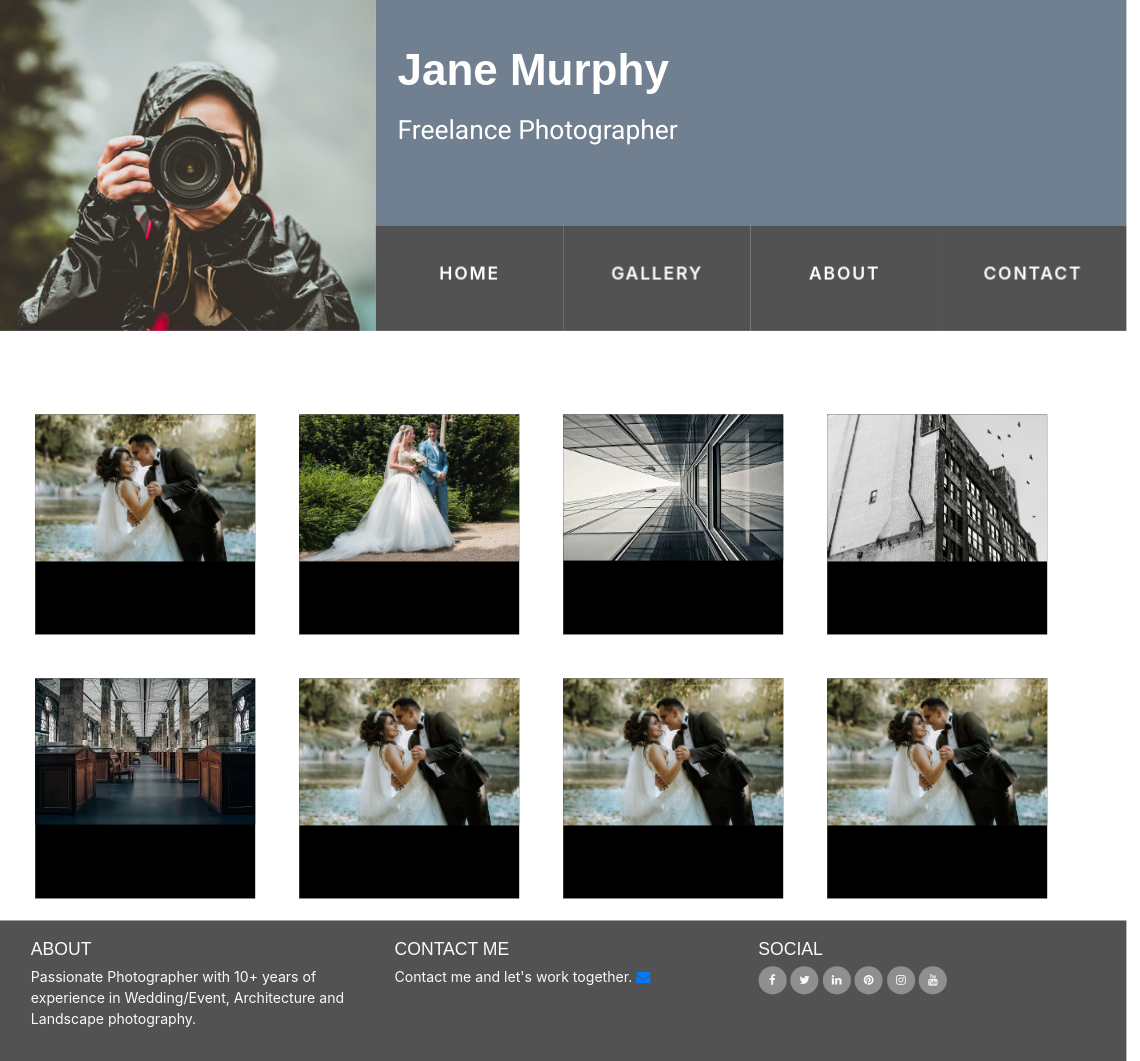
Repository: Code-Institute-Submissions/MrChrisRandall-milestone-1
Page: gallery.html
The author's editor kept a record of every edit. The page is drawn from the files as they stood at one moment, then again after the next edit.
The browser window is 1280 px wide. The page is 1295 px wide, so the pictures cover 1295 px, including what lies to the right of the window. The pictures show the whole page, at 88% of full size.

Above is the page before.

### gallery.html
<!DOCTYPE html>
<html lang="en">

<head>
    <meta charset="UTF-8">
    <meta name="viewport" content="width=device-width, initial-scale=1.0">
    <meta http-equiv="X-UA-Compatible" content="ie=edge">
    <link rel="stylesheet" href="https://stackpath.bootstrapcdn.com/bootstrap/4.3.1/css/bootstrap.min.css" type="text/css" />
    <link rel="stylesheet" href="https://stackpath.bootstrapcdn.com/font-awesome/4.7.0/css/font-awesome.min.css" type="text/css" />
    <link rel="stylesheet" href="https://cdnjs.cloudflare.com/ajax/libs/hover.css/2.3.1/css/hover-min.css" type="text/css" />
    <link rel="stylesheet" href="assets/css/style.css" type="text/css" />
    <title>Studio 21</title>
</head>

<body>
    <header>
        <div class="row no-gutters">
            <a href="index.html" class="col-md-4 logo">

            </a>
            <div class="col-md-8">
                <div class="row no-gutters bg-color-name-title">
                    <div class="col heading">
                        <h1 class="name">Jane Murphy</h1>
                        <h2 class="title">Freelance Photographer</h2>
                    </div>
                </div>
                <div class="row no-gutters">
                    <div class="col">
                        <ul id="nav" class="list-inline menucontainer">
                            <li class="col-6 col-sm-3 ui-menu-color-home list-inline-item menuitem">
                                <a href="index.html" class="hvr-grow-shadow"><span>Home</span></a>
                            </li>
                            <li class="col-6 col-sm-3 ui-menu-color-gallery list-inline-item menuitem">
                                <a href="gallery.html" class="hvr-grow-shadow"><span>Gallery</span></a>
                            </li>
                            <li class="col-6 col-sm-3 ui-menu-color-about list-inline-item menuitem">
                                <a href="about.html" class="hvr-grow-shadow"><span>About</span></a>
                            </li>
                            <li class="col-6 col-sm-3 ui-menu-color-contact list-inline-item menuitem">
                                <a href="contact.html" class="hvr-grow-shadow"><span>Contact</span></a>
                            </li>
                        </ul>
                    </div>
                </div>

            </div>
        </div>

    </header>

    <section class="container-fluid">

        <div class="flex-container">
            <div class="box">
                <div class="imgBox">
                    <img src="assets/images/wedding1.jpg"></img>
                </div>
            </div>
            <div class="box">
                <div class="imgBox">
                    <img src="assets/images/wedding2.jpg"></img>
                </div>
            </div>
            <div class="box">
                <div class="imgBox">
                    <img src="assets/images/a1.jpg"></img>
                </div>
            </div>
            <div class="box">
                <div class="imgBox">
                    <img src="assets/images/a2.jpg"></img>
                </div>
            </div>
            <div class="box">
                <div class="imgBox">
                    <img src="assets/images/a3.jpg"></img>
                </div>
            </div>
            <div class="box">
                <div class="imgBox">
                    <img src="assets/images/wedding1.jpg"></img>
                </div>
            </div>
            <div class="box">
                <div class="imgBox">
                    <img src="assets/images/wedding1.jpg"></img>
                </div>
            </div>
            <div class="box">
                <div class="imgBox">
                    <img src="assets/images/wedding1.jpg"></img>
                </div>
            </div>
        </div>
    </section>

    <footer class="container-fluid">
        <div id="footer-details" class="row">
            <div class="col-sm-4">
                <h5 class="uppercase general-sub">About</h5>
                <p class="inline-block">
                    Passionate Photographer with 10+ years of experience in Wedding/Event, Architecture and Landscape photography.
                </p>
            </div>
            <div class="col-sm-4">
                <h5 class="uppercase general-sub">Contact Me</h5>
                <p class="inline-block">
                    Contact me and let's work together.
                    <a href="contact.html" class="contant-link">
                        <i class="fa fa-envelope" aria-hidden="true"></i>
                        <span class="sr-only">Contact link.</span>
                    </a>
                </p>
            </div>
            <div class="col-sm-4">
                <h5 class="uppercase general-sub">Social</h5>
                <ul class="list-inline social-links">
                    <li class="list-inline-item">
                        <a target="_blank" href="#">
                            <i class="fa fa-facebook" aria-hidden="true"></i>
                            <span class="sr-only">Facebook</span>
                        </a>
                    </li>
                    <li class="list-inline-item">
                        <a target="_blank" href="#">
                            <i class="fa fa-twitter" aria-hidden="true"></i>
                            <span class="sr-only">Twitter</span>
                        </a>
                    </li>
                    <li class="list-inline-item">
                        <a target="_blank" href="#">
                            <i class="fa fa-linkedin" aria-hidden="true"></i>
                            <span class="sr-only">LinkedIn</span>
                        </a>
                    </li>
                    <li class="list-inline-item">
                        <a target="_blank" href="#">
                            <i class="fa fa-pinterest" aria-hidden="true"></i>
                            <span class="sr-only">Pinterest</span>
                        </a>
                    </li>
                    <li class="list-inline-item">
                        <a target="_blank" href="#">
                            <i class="fa fa-instagram" aria-hidden="true"></i>
                            <span class="sr-only">Instagram</span>
                        </a>
                    </li>
                    <li class="list-inline-item">
                        <a target="_blank" href="#">
                            <i class="fa fa-youtube" aria-hidden="true"></i>
                            <span class="sr-only">YouTube</span>
                        </a>
                    </li>
                </ul>
            </div>
        </div>
    </footer>

</body>

</html>

### assets/css/style.css
@import url('https://fonts.googleapis.com/css?family=Roboto&display=swap:100,200,300,400,500,600,700|Exo:100,200,300,400,500,600,700');


/*--------------------------------------------------Colors*/

.bg-color-name-title {
    background-color: #708090;
}

.ui-menu-color-home {
    background-color: #525252;
}

.ui-menu-color-gallery {
    background-color: #525252;
}

.ui-menu-color-about {
    background-color: #525252;
}

.ui-menu-color-contact {
    background-color: #525252;
}

/*--------------------------------------------------General*/

h1,
h2,
h3,
h4 {
    margin: 0;
}

.uppercase {
    text-transform: uppercase;
}

.general-sub {
    font-family: "Exo", sans-serif;
    font-weight: 300;
    color: #fafafa
}

.inline-block {
    display: inline-block;
}

.row-table {
    display: table;
}

.section-column {
    display: table-cell;
    padding: 0 30px 30px;
    float: none;
}

.history-heading,
.section-heading {
    font-family: "Exo", sans-serif;
    font-weight: 300;
    margin-top: 25px;
    margin-bottom: 40px;
}

/*--------------------------------------------------Header*/

.header {
    margin: 0;
}

.heading {
    margin-left: 25px;
}

.logo {
    background: url(../images/pic.jpg);
    background-position: center;
    background-repeat: no-repeat;
    background-size: cover;
    min-height: 360px;
}

.name {
    font-family: "Exo", sans-serif;
    font-weight: 600;
    font-size: 50px;
    margin-top: 50px;
    color: #fff;
}

.title {
    font-family: "Roboto", sans-serif;
    font-weight: 400;
    font-size: 30px;
    margin-top: 20px;
    margin-bottom: 90px;
    color: #fff;
}

.list-inline-item:not(:last-child) {
    margin: 0;
}

.menucontainer {
    font-size: 0;
}

#nav {
    margin: 0;
}

#nav li {
    font-size: 14px;
    padding: 0;
}

.menuitem {
    height: 120px;
    text-align: center;
    padding: 0;
}

.menuitem a {
    width: 100%;
    text-decoration: none;
    color: #fff;
    height: 120px;
}

.menuitem span {
    display: block;
    width: 100%;
    padding-top: 40px;
    text-align: center;
    text-transform: uppercase;
    font-size: 20px;
    font-weight: 600;
    letter-spacing: 2px;
}

/*--------------------------------------------------Footer*/

footer {
    background-color: #525252;
    color: #fafafa;
    min-height: 120px;
    margin: 0;
}

.contact-link i {
    width: 32px;
    height: 32px;
    padding: 12px 0;
    border-radius: 50%;
    font-size: 13px;
    line-height: 7px;
    text-align: center;
    color: #fafafa;
    background: #8f8f8f;
    transition: all 0.35s ease-in-out;
    -moz-transition: all 0.35s ease-in-out;
    -webkit-transition: all 0.35s ease-in-out;
    -o-transition: all 0.35s ease-in-out;
}

.social-links {
    padding-bottom: 15px;
}

.social-links li a i {
    width: 32px;
    height: 32px;
    padding: 12px 0;
    border-radius: 50%;
    font-size: 13px;
    line-height: 7px;
    text-align: center;
    color: #fafafa;
    background: #8f8f8f;
    transition: all 0.35s ease-in-out;
    -moz-transition: all 0.35s ease-in-out;
    -webkit-transition: all 0.35s ease-in-out;
    -o-transition: all 0.35s ease-in-out;
}

.social-links li a i:hover {
    background: #708090;
}

#footer-details {
    padding: 20px;
}

/*--------------------------------------------------Personal Info*/

.personal-info-item {
    margin-bottom: 20px;
    display: block;
    clear: both;
}

.personal-info-item .key,
.personal-info-item .value {
    padding-right: 8px;
    display: inline-block;
}

.personal-info-item .key p,
.personal-info-item .value p {
    margin: 0;
}

.personal-info-item .key {
    width: 30%;
    margin-right: 21px;
    padding-top: 2px;
    vertical-align: top;
}

.personal-info-item .key p {
    font-weight: 700;
}

.personal-info-item .value {
    position: relative;
    width: 60%;
}

/*--------------------------------------------------Contact Form*/

.contact-heading {
    font-family: "Exo", sans-serif;
    font-weight: 300;
    margin-top: 25px;
    margin-bottom: 20px;
}

.center-form {
    padding-top: 10px;
    margin: 0 auto;
    max-width: 70%;
}

button[type="submit"] {
    margin-top: 15px;
    margin-bottom: 20px;
    color: #fafafa;
    background-color: #e84610;
}

/*--------------------------------------------------Gallery*/

.flex-container {
    width: 1280px;
    min-height: 500px;
    background: #fff;
    margin: 70px auto 0;
    display: flex;
    flex-direction: row;
    flex-wrap: wrap;
}

.flex-container .box {
    position: relative;
    width: 250px;
    height: 250px;
    background: #000000;
    margin: 25px;
    display: inline-block
}

.flex-container .box .imgBox {
    position: relative;
}

.flex-container .box .imgBox img {
    max-width: 100%;
    transform: transition 2s;
}
.flex-container .box:hover .imgBox {

}

After the next edit:
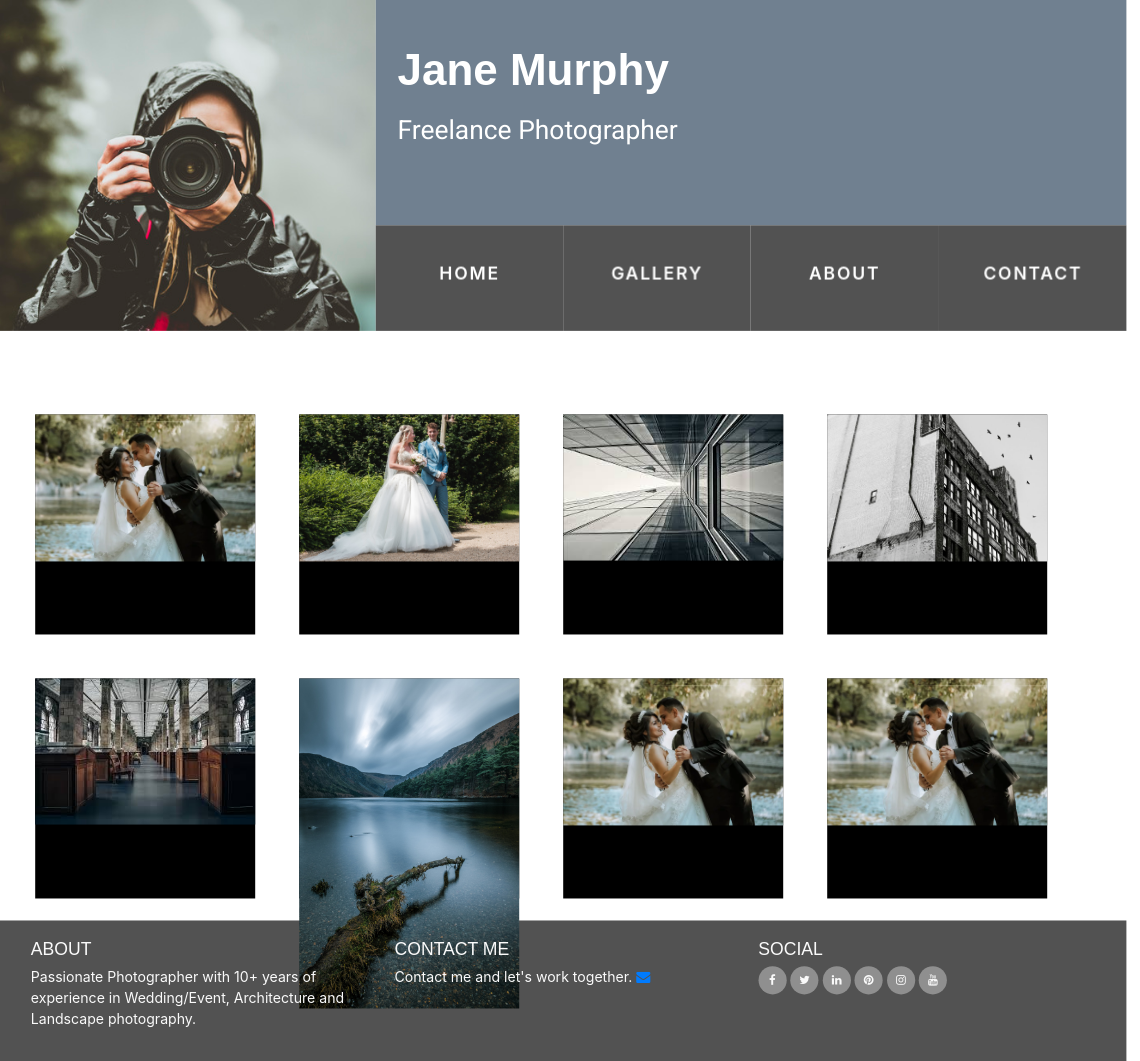
The edit:
--- a/gallery.html
+++ b/gallery.html
@@ -79,7 +79,7 @@
             </div>
             <div class="box">
                 <div class="imgBox">
-                    <img src="assets/images/wedding1.jpg"></img>
+                    <img src="assets/images/l1.jpg"></img>
                 </div>
             </div>
             <div class="box">
